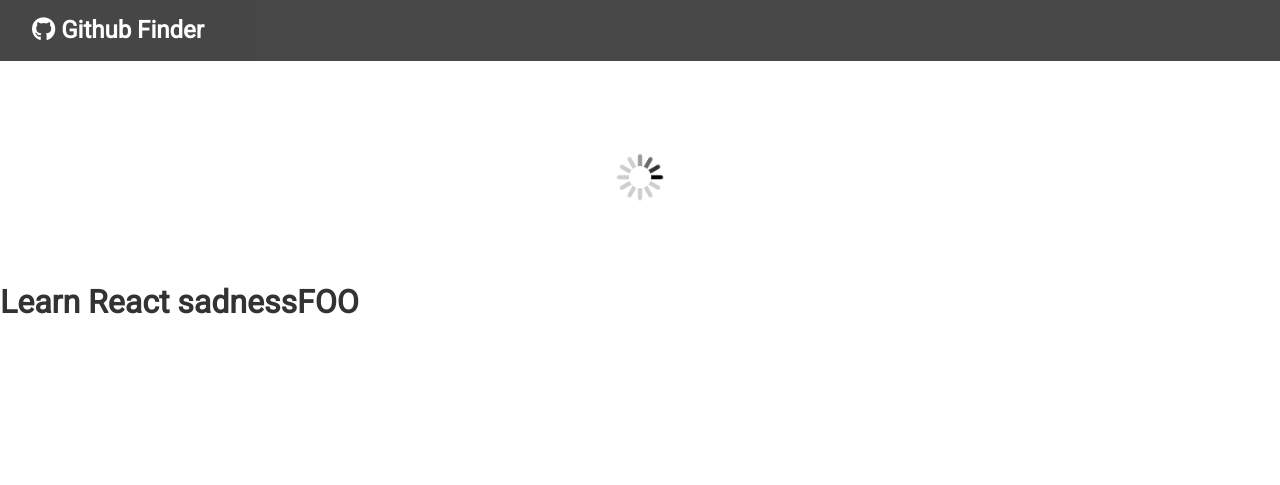
Repository: chinmayparab/github-finder
Page: /
The author's editor kept a copy of each file at every save. The page is drawn from the files as they stood at one save, then again after a run of saves.
The browser window is 1280 px wide. The pictures show the whole page.
The page's requests for data from a server got no answer. Some web libraries are served in a nearby version. The project was rebuilt for these pictures with package versions that can differ from the ones it lists, and the page was loaded fresh each time. No one was signed in, and anything a server would have sent is missing. Also part of the build but not shown: src/components/users/UserItem.js.

Above is the page before, as saved 2020-06-25 17:52:43.

### src/App.js
import React, { Component } from "react";
import Navbar from "./components/layout/Navbar";
import Users from "./components/users/Users";
import axios from "axios";
import "./App.css";

class App extends Component {
  state = {
    users: [],
    loading: false,
  };

  async componentDidMount() {
    this.setState({ loading: true });
    const res = await axios.get(
      `https://api.github.com/users?client_id=${process.env.REACT_APP_GITHUB_CLIENT_ID}&client_secret=${process.env.REACT_APP_GITHUB_CLIENT_SECRET}`
    );
    this.setState({ users: res.data, loading: false });
  }

  render() {
    const sad = "sadness";

    const foo = () => "foo";

    return (
      <div className='App'>
        <Navbar title='Github Finder' icon='fab fa-github'></Navbar>
        <div className='container'>
          <Users loading={this.state.loading} users={this.state.users}></Users>
        </div>
        <h1>Learn React {sad + foo().toUpperCase()}</h1>
      </div>
    );
  }
}

export default App;

### src/components/layout/Navbar.js
import React from "react";
import PropTypes from "prop-types";

const Navbar = ({ icon, title }) => {
  return (
    <nav className='navbar bg-dark'>
      <h1>
        <i className={icon} /> {title}
      </h1>
    </nav>
  );
};

Navbar.defaultProps = {
  title: "Github Finder",
  icon: "fab fa-github",
};

Navbar.propTypes = {
  title: PropTypes.string.isRequired,
  icon: PropTypes.string.isRequired,
};

export default Navbar;

### src/components/users/Users.js
import React from "react";
import UserItem from "./UserItem";
import Spinner from "../layout/Spinner";
import PropTypes from "prop-types";

const Users = ({ users, loading }) => {
  if (loading) {
    return <Spinner />;
  } else {
    return (
      <div style={userStyle}>
        {users.map((user) => (
          <UserItem key={user.id} user={user} />
        ))}
      </div>
    );
  }
};

Users.propTypes = {
  users: PropTypes.array.isRequired,
  loading: PropTypes.bool.isRequired,
};

const userStyle = {
  display: "grid",
  gridTemplateColumns: "repeat(3, 1fr)",
  gridGap: "1rem",
};

export default Users;

### src/components/layout/Spinner.js
import React, { Fragment } from "react";
import spinner from "./spinner.gif";

const Spinner = () => (
  <Fragment>
    <img
      src={spinner}
      alt='Loading...'
      style={{ width: "200px", margin: "auto", display: "block" }}
    />
  </Fragment>
);

export default Spinner;

### src/components/users/Search.js
import React, { Component } from "react";

export class Search extends Component {
  render() {
    return (
      <div>
        <form className='form'>
          <input type='text' name='text' placeholder='Search users...' />
          <input
            type='submit'
            value='Search'
            className='btn btn-dark btn-block'
          />
        </form>
      </div>
    );
  }
}

export default Search;

Loaded but not shown: public/index.html (common file); src/index.js (common file); src/index.css (common file); src/App.css (common file)

After the next 2 saves:
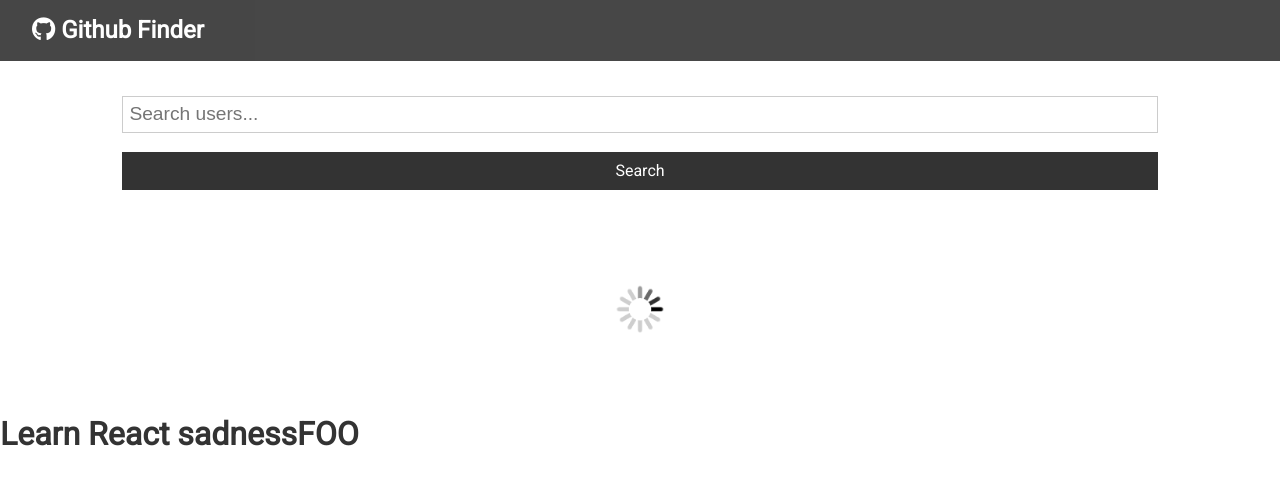
The 2 saves are shown as one change because 1 did not build or start.
The last was saved 36 s later.
--- a/src/App.js
+++ b/src/App.js
@@ -1,6 +1,7 @@
 import React, { Component } from "react";
 import Navbar from "./components/layout/Navbar";
 import Users from "./components/users/Users";
+import Search from "./components/users/Search";
 import axios from "axios";
 import "./App.css";
 
@@ -27,6 +28,7 @@ class App extends Component {
       <div className='App'>
         <Navbar title='Github Finder' icon='fab fa-github'></Navbar>
         <div className='container'>
+          <Search></Search>
           <Users loading={this.state.loading} users={this.state.users}></Users>
         </div>
         <h1>Learn React {sad + foo().toUpperCase()}</h1>
